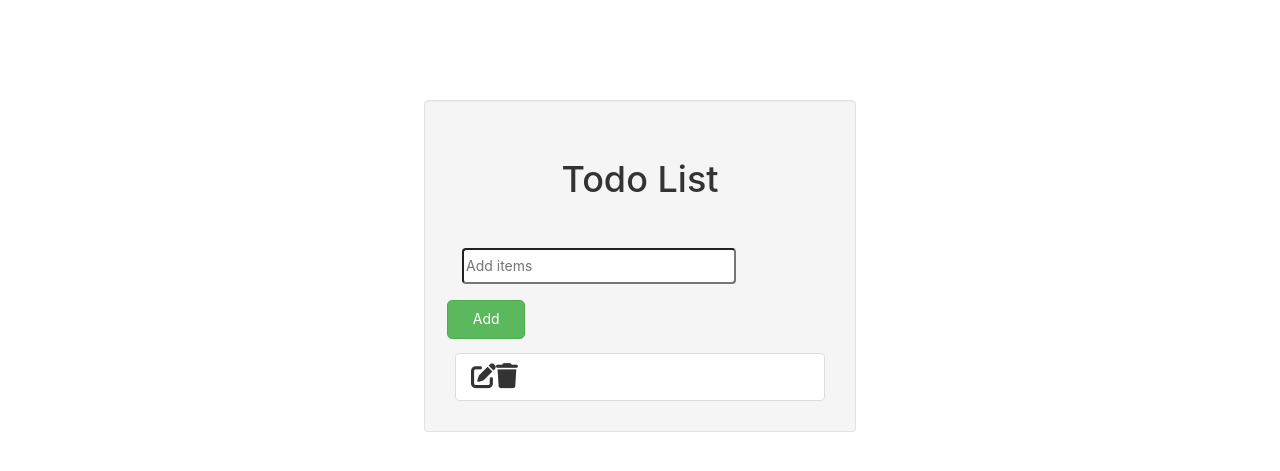
Repository: arpana23/Todo-list
Page: /, after clicking the first element matching `button.btn`
The author's editor kept a copy of each file at every save. The page is drawn from the files as they stood at one save, then again after the next save.
The browser window is 1280 px wide. The pictures show the whole page.
Some web libraries are served in a nearby version. The project was rebuilt for these pictures with package versions that can differ from the ones it lists, and the page was loaded fresh each time.

Above is the page before, as saved 2021-04-14 18:44:49.

After the next save:
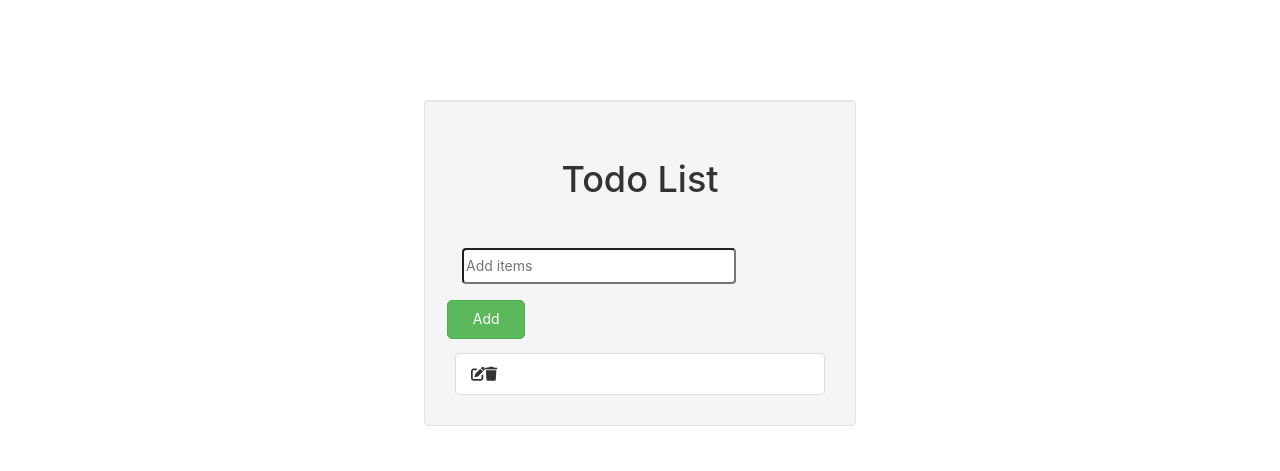
Saved 11 s later.
--- a/src/App.css
+++ b/src/App.css
@@ -53,7 +53,7 @@
 }
 
 .fas {
-    font-size: 25px;
+    font-size: 14px;
   /* margin: 3px; */
   /* width: 20%; */
   /* height: 1.5vh; */
